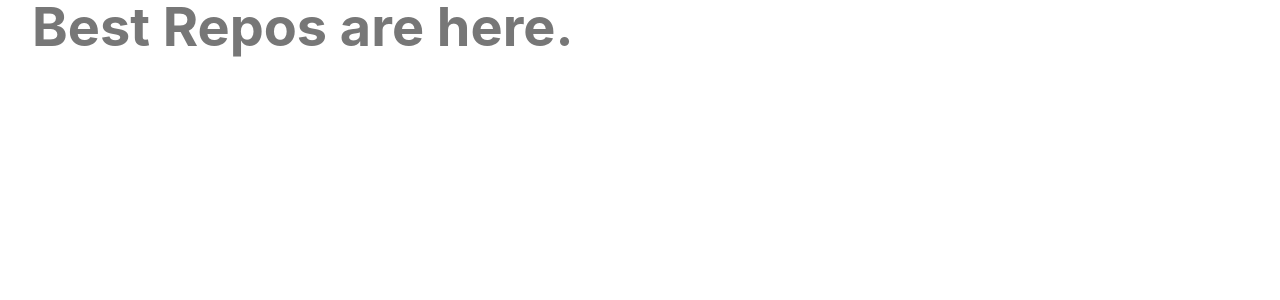
Repository: MoRamdan11/Trending-repos-challenge
Page: /
The author's editor kept a copy of each file at every save. The page is drawn from the files as they stood at one save, then again after the next save.
The browser window is 1280 px wide. The pictures show the whole page.
The project was rebuilt for these pictures with package versions that can differ from the ones it lists, and the page was loaded fresh each time. Also part of the build but not shown: src/App.css, src/components/test.js.

Above is the page before, as saved 2021-08-31 20:55:25.

After the next save:
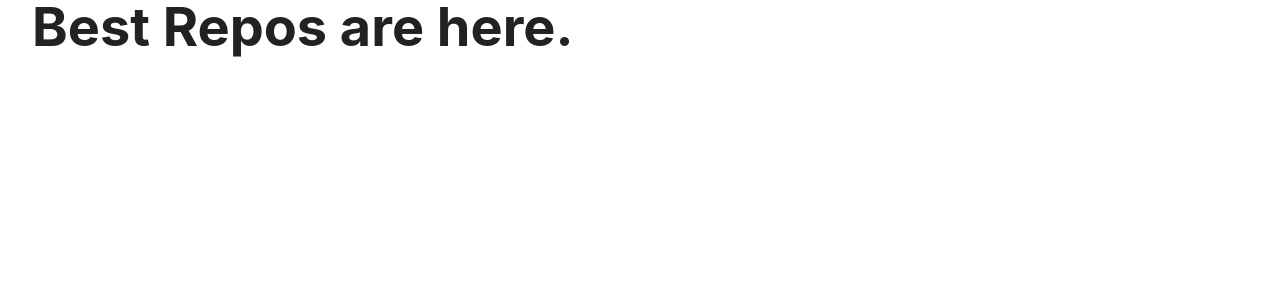
Saved 5 s later.
--- a/src/components/Hero/hero.css
+++ b/src/components/Hero/hero.css
@@ -8,5 +8,5 @@
 .hero-header {
   font-size: 5.4rem;
   font-weight: 700;
-  color: #777;
+  color: #222;
 }
